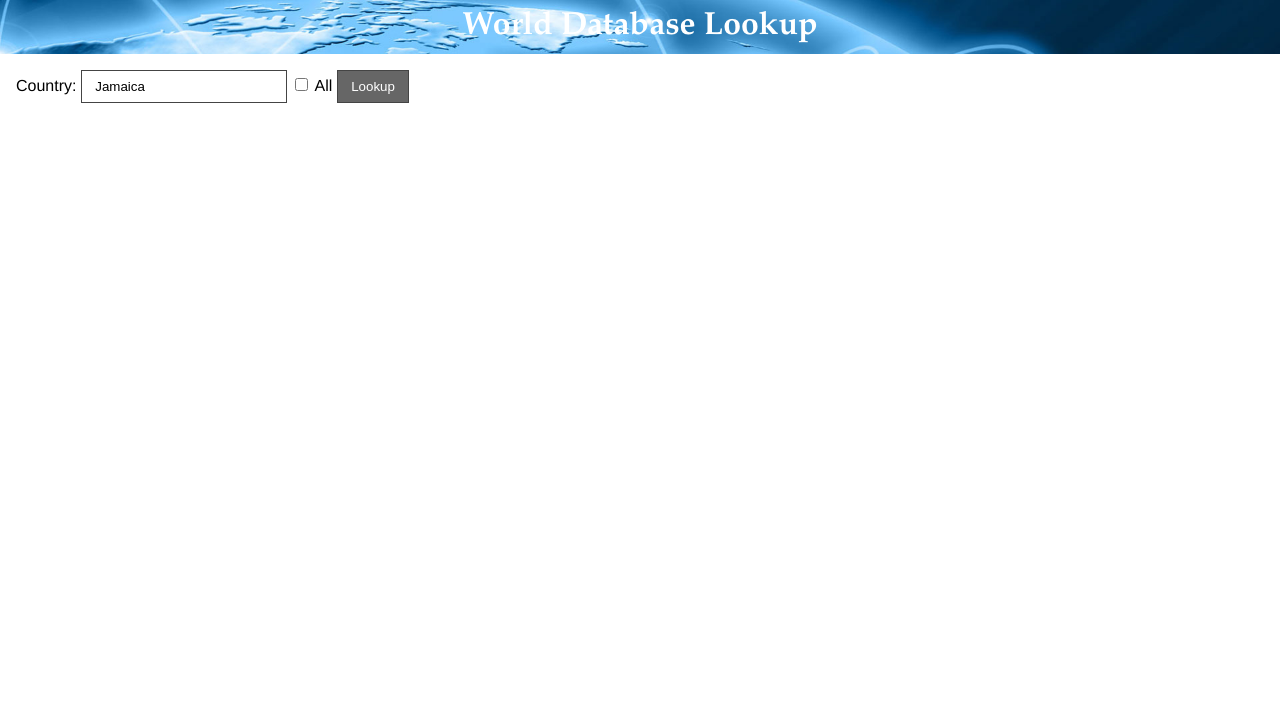
Repository: zBraVo17/info2180-lab7
Page: index.html
The author's editor kept a record of every edit. The page is drawn from the files as they stood at one moment, then again after the next edit.
The browser window is 1280 px wide. The pictures show the whole page.
After loading, the first visible `#lookup` was clicked once.
Some web libraries are served in a nearby version.

Above is the page before.
Console error: ReferenceError: getResult is not defined

After the next edit:
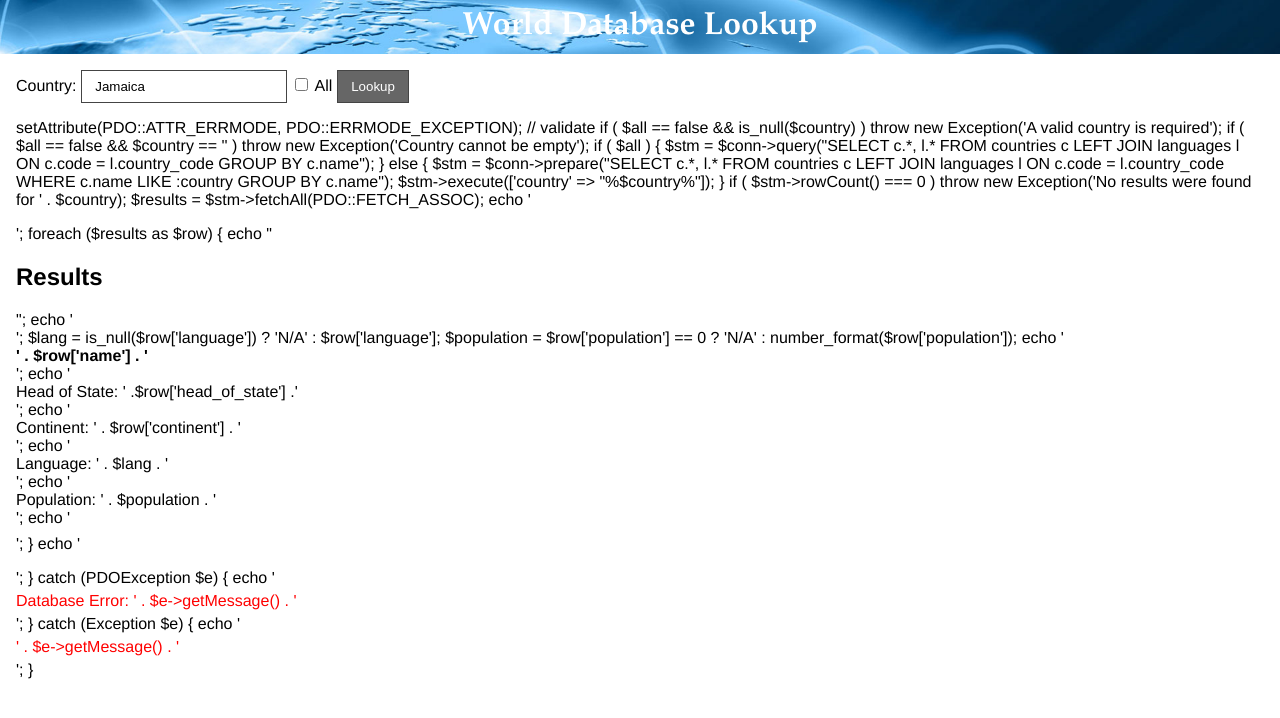
The error is gone.
The edit:
--- a/world.js
+++ b/world.js
@@ -24,6 +24,6 @@
         else
             param = {country: country};
 
-        getResult(param);
+        getCountry(param);
     });
 });
